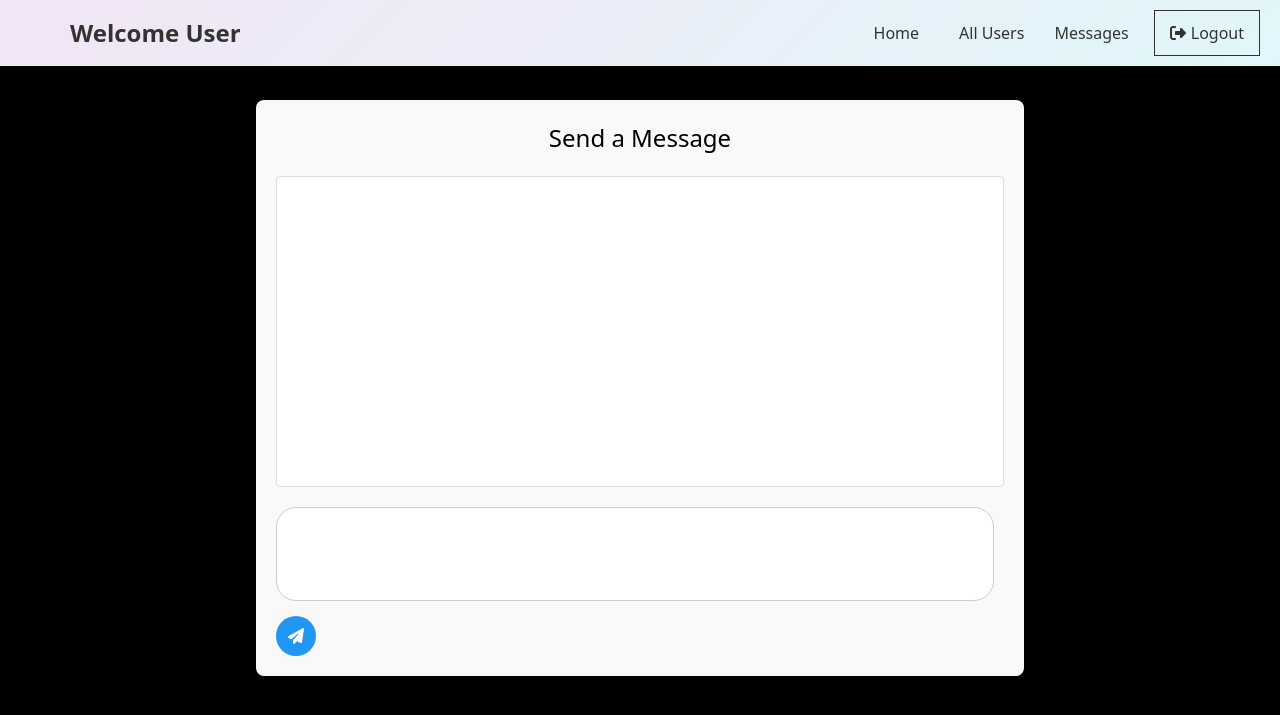
Repository: TechMukul/referral-tree-frontend
Page: /Message
The author's editor kept a copy of each file at every save. The page is drawn from the files as they stood at one save, then again after the next save.
The browser window is 1280 px wide. The pictures show the whole page.
The page's requests for data from a server got no answer. The project was rebuilt for these pictures with package versions that can differ from the ones it lists, and the page was loaded fresh each time. The framework's server and built-in components were replaced by stand-ins that run in the browser. No one was signed in, and anything a server would have sent is missing. Also part of the build but not shown: next.config.mjs.

Above is the page before, as saved 2024-07-20 18:30:49.

### pages/_app.tsx
// pages/_app.tsx
import { AppProps } from 'next/app';
import '../styles/globals.css';

function MyApp({ Component, pageProps }: AppProps) {
  return <Component {...pageProps} />;
}

export default MyApp;

### pages/Message/index.tsx
import React, { useState, useEffect, useRef } from 'react';
import axios from 'axios';
import io from 'socket.io-client';
import { FontAwesomeIcon } from '@fortawesome/react-fontawesome';
import { faPaperPlane } from '@fortawesome/free-solid-svg-icons';
import styles from './index.module.scss'; // Import SCSS module styles
import Navbar from '../../Components/Navbar/index';

// Initialize the socket
// const socket = io('https://www.referback.trollsufficient.com');

const Message = () => {
  const [content, setContent] = useState<any>('');
  const [messages, setMessages] = useState<any>([]);
  const [userName, setUserName] = useState<any>('');
  const messageEndRef = useRef<any>(null);

  useEffect(() => {
    // Fetch the user's name from local storage
    const storedUserName = localStorage.getItem('userName');
    if (storedUserName) {
      setUserName(storedUserName);
    }

    // Fetch initial messages
    const fetchMessages = async () => {
      try {
        const response = await axios.get('https://www.referback.trollsufficient.com/messages/121');
        setMessages(response.data);
      } catch (error) {
        console.error('Error fetching messages:', error);
      }
    };

    fetchMessages();

    // Listen for incoming messages
    // socket.on('message', (newMessage:any) => {
    //   setMessages((prevMessage:any) => [...prevMessage, newMessage]);
    // });

    // Cleanup on unmount
    return () => {
      // socket.off('message');
    };
  }, []);

  useEffect(() => {
    // Scroll to bottom whenever messages change
    scrollToBottom();
  }, [messages]);

  useEffect(() => {
    // Setup interval to fetch messages every second
    const interval = setInterval(() => {
      fetchMessages();
    }, 600);

    // Clear interval on component unmount
    return () => clearInterval(interval);
  }, []);

  const fetchMessages = async () => {
    try {
      const response = await axios.get('https://www.referback.trollsufficient.com/messages/121');
      setMessages(response.data);
    } catch (error) {
      console.error('Error fetching messages:', error);
    }
  };

  const handleSubmit = async (e:any) => {
    e.preventDefault();
    if (!content) return;

    try {
      const response = await axios.post('https://www.referback.trollsufficient.com/messages', {
        group_id: '121',
        sender: userName,
        content: content
      });

      // Emit the new message to all connected clients
      // socket.emit('message', response.data);

      setMessages((prevMessages:any) => [...prevMessages, response.data]);
      setContent('');
    } catch (error) {
      console.error('Error sending message:', error);
    }
  };

  const handleKeyPress = (e:any) => {
    if (e.key === 'Enter' && !e.shiftKey) {
      handleSubmit(e);
    }
  };

  const scrollToBottom = () => {
    messageEndRef.current?.scrollIntoView({ behavior: 'smooth' });
  };

  return (
    <>
      <Navbar />
      <div className={styles['message-form']}>
        <h2>Send a Message</h2>

        <div className={styles['message-container']}>
          {messages.map((message:any, index:any) => (
            <div
              key={index}
              className={`${styles['message']} ${message.sender === userName ? styles['sent'] : styles['received']}`}
            >
              <strong>{message.sender}:</strong> {message.content}
            </div>
          ))}
          <div ref={messageEndRef} />
        </div>
        <form onSubmit={handleSubmit}>
          <div className={styles['form-group']}>
            <label htmlFor="content">Message:</label>
            <textarea
              id="content"
              value={content}
              onChange={(e) => setContent(e.target.value)}
              rows={3}
              required
              onKeyPress={handleKeyPress}
            />
          </div>
          <button type="submit" className={styles['send-button']}>
            <FontAwesomeIcon icon={faPaperPlane} />
          </button>
        </form>
      </div>
    </>
  );
};

export default Message;

### styles/globals.css
@tailwind base;
@tailwind components;
@tailwind utilities;

body {
  @apply bg-black;
}

### pages/Message/index.module.scss
.message-form {
  max-width: 60%;
  margin: auto;
  padding: 20px;
  background-color: #f9f9f9;
  border-radius: 8px;
  box-shadow: 0 0 10px rgba(0, 0, 0, 0.1);
  margin-top: 100px;
  display: flex;
  flex-direction: column;
  height: 80vh;

  h2 {
    font-size: 24px;
    margin-bottom: 20px;
    text-align: center;
  }

  .message-container {
    flex: 1;
    overflow-y: auto;
    margin-bottom: 20px;
    padding: 10px;
    background-color: #fff;
    border: 1px solid #ddd;
    border-radius: 4px;
    display: flex;
    flex-direction: column;

    .message {
      padding: 10px;
      margin-bottom: 10px;
      border-radius: 20px;
      position: relative;
      max-width: 60%;
      word-wrap: break-word;

      &.sent {
        background-color: #dcf8c6;
        align-self: flex-end;
        margin-right: 10px;
      }

      &.received {
        background-color: #fff;
        border: 1px solid #ddd;
        align-self: flex-start;
        margin-left: 10px;
      }

      strong {
        display: block;
        margin-bottom: 5px;
        font-weight: bold;
      }
    }
  }

  .form-group {
    margin-bottom: 15px;
    display: flex;
    align-items: center;
    width: 100%;

    label {
      font-weight: bold;
      display: none; // Hide labels for cleaner look
    }

    input,
    textarea {
      width: 100%;
      padding: 10px;
      font-size: 16px;
      border: 1px solid #ccc;
      border-radius: 20px;
      transition: border-color 0.3s ease;
      margin-right: 10px;
      flex: 1;

      &:focus {
        outline: none;
        border-color: #2196f3;
      }
    }

    textarea {
      resize: none; // Prevent resizing
    }
  }

  .send-button {
    display: flex;
    align-items: center;
    justify-content: center;
    padding: 12px;
    background-color: #2196f3;
    color: white;
    font-size: 16px;
    border: none;
    border-radius: 50%;
    cursor: pointer;
    transition: background-color 0.3s ease;
    width: 40px;
    height: 40px;
    flex-shrink: 0;

    &:hover {
      background-color: #0d8aec;
    }

    svg {
      margin-left: 0;
    }
  }
}

/* Responsive Design */
@media (max-width: 768px) {
  .message-form {
    max-width: 95%;
    margin-top: 30px;
    padding: 15px;
    height: auto;
  }

  .message-container {
    margin-bottom: 15px;
    padding: 8px;
  }

  .message {
    max-width: 75%;
  }

  .form-group {
    flex-direction: column;
    margin-bottom: 10px;

    input,
    textarea {
      margin-right: 0;
      margin-bottom: 10px;
    }
  }

  .send-button {
    width: 36px;
    height: 36px;
    font-size: 14px;
  }
}

@media (max-width: 480px) {
  .message-form {
    max-width: 100%;
    margin-top: 20px;
    padding: 10px;
    position: absolute;
    top: 29%;
    /* left: 7px; */
    width: 100%;
    height: 55vh;

  }

  .message-container {
    margin-bottom: 10px;
    padding: 5px;
  }

  .message {
    max-width: 90%;
  }

  .form-group {
    margin-bottom: 5px;
    align-items: center;
    position: absolute;
    display: flex;
    top: 103%;
    left: 16px;
    justify-content: center;
    width: 90%;

    input,
    textarea {
      padding: 8px;
      font-size: 14px;
    }
  }

  .send-button {
    width: 32px;
    height: 32px;
    font-size: 12px;
    position: absolute;
    right: 0px;
    top: 107%;
  }
}

### Components/Navbar/index.tsx
import React, { useEffect, useState } from 'react';
import { FontAwesomeIcon } from '@fortawesome/react-fontawesome';
import { faSignOutAlt } from '@fortawesome/free-solid-svg-icons';
import { Button } from 'react-bootstrap';
import { useRouter } from 'next/router';
import Link from 'next/link';
import style from './index.module.scss'; // Adjust the module path accordingly

const Navbar = () => {
  const [NavComponent, setNavComponent] = useState<any>(null);
  const [userName, setUserName] = useState<string>('');
  const [userCoins, setUserCoins] = useState<string>('');
  const router = useRouter();

  useEffect(() => {
    const loadNavComponent = async () => {
      const { Nav } = await import('react-bootstrap');
      setNavComponent(Nav);
    };

    loadNavComponent();

    // Fetch user's name and coins from query parameters or local storage
    if (typeof window !== 'undefined') { // Check if window is defined (client-side)
      const { name } = router.query;
      if (name && typeof name === 'string') {
        setUserName(name);
        localStorage.setItem('userName', name); // Store the user's name in local storage
      } else {
        const storedName = localStorage.getItem('userName');
        if (storedName) {
          setUserName(storedName);
        }
      }

      const storedCoins = localStorage.getItem('userCoins');
      if (storedCoins) {
        setUserCoins(storedCoins);
      }
    }
  }, [router.query]);

  const handleLogout = () => {
    localStorage.removeItem('accessToken');
    localStorage.removeItem('userName'); // Remove the user's name from local storage
    localStorage.removeItem('userCoins'); // Remove the user's coins from local storage
    router.push('/');
  };

  return (
    <>
      <div className={style.navbar}>
        <div className={style.username}>{userName ? `Hi ${userName}` : 'Welcome User'}</div>
        {userCoins && <div className={style.coins}>{`Coins: ${userCoins}`}</div>}
        <div className={style.navlinksContainer}>
          <Link href="/home" className={style.navlinks}>
            Home
          </Link>
          {NavComponent && (
            <NavComponent.Item>
              <NavComponent.Link eventKey="disabled" className={style.navlinks}>
                <Link href="/Tree">All Users</Link>
              </NavComponent.Link>
              <NavComponent.Link eventKey="disabled" className={style.navlinks}>
                <Link href="/Message">Messages</Link>
              </NavComponent.Link>
            </NavComponent.Item>
          )}
          <Button variant="outline-light" onClick={handleLogout} className={style.navButton}>
            <FontAwesomeIcon icon={faSignOutAlt} className={style.navIcon} />
            Logout
          </Button>
        </div>
      </div>
    </>
  );
};

export default Navbar;

### Components/Navbar/index.module.scss
.navbar {
  position: fixed;
  top: 0;
  width: 100%;
  display: flex;
  justify-content: space-between;
  align-items: center;
  background: linear-gradient(135deg, #f3e5f5, #e0f7fa); /* Light gradient background */
  color: #333; /* Darker text color for contrast */
  padding: 10px 20px;
  box-shadow: 0 2px 4px rgba(0, 0, 0, 0.1);
  z-index: 1000;
}

.username {
  font-size: 24px;
  font-weight: bold;
  position: relative;
  left: 50px;
}

.navlinksContainer {
  display: flex;
  gap: 10px;
  align-items: center;
}

.navlinks {
  padding: 10px 15px;
  text-decoration: none;
  color: #333; /* Darker text color for contrast */
  transition: background-color 0.3s ease, color 0.3s ease;
  border-radius: 5px;

  &:hover {
    background-color: #ccc; /* Slightly darker hover background */
    color: #333; /* Maintain darker text color */
  }

  &.active {
    background-color: #bbb;
    color: #fff;
  }
}

.coinsContainer {
  display: flex;
  flex-direction: column;
  align-items: center;
}

.shopNumber {
  font-size: 18px;
  font-weight: bold;
  color: #333; /* Darker text color for contrast */
  position: absolute;
  right: 140px;
}

.coinIcon {
  font-size: 24px;
  color: gold;
}

.navButton {
  display: flex;
  align-items: center;
  justify-content: center;
  padding: 10px 15px;
  background-color: transparent;
  border: 1px solid #333; /* Darker border color for contrast */
  color: #333; /* Darker text color for contrast */
  cursor: pointer;

  &:hover {
    background-color: #ccc; /* Slightly darker hover background */
    color: #333; /* Maintain darker text color */
  }

  .navIcon {
    margin-right: 5px;
  }
}

@media (max-width: 768px) {
  .navbar {
    flex-direction: column;
    align-items: center;

    .navlinksContainer {
      flex-direction: column;
      gap: 10px;
      margin-top: 10px;
    }
  }

  .username {
    font-size: 24px;
  }
}

.image {
  height: 40px;
  width: 50px;
  background-color: #e0f7fa; /* Match with gradient */
  margin: 0px 40px;
  margin-top: 10px;
}

After the next save:
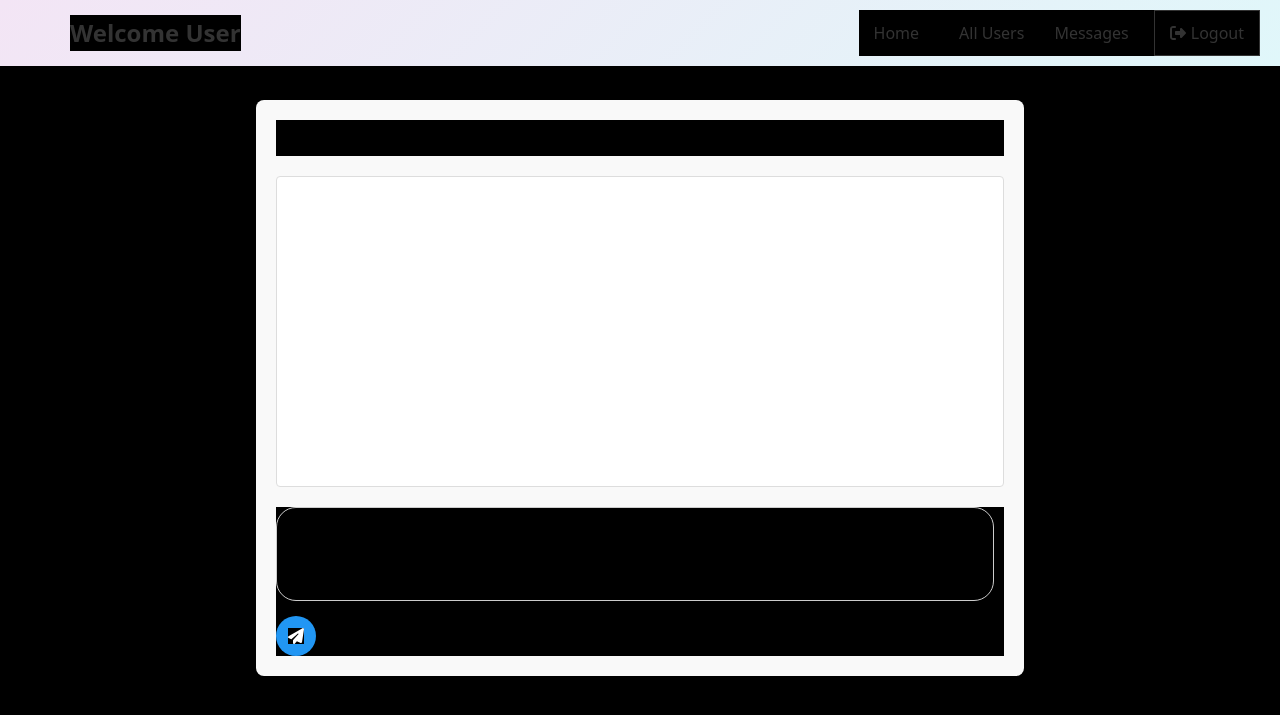
Saved 12 s later.
--- a/styles/globals.css
+++ b/styles/globals.css
@@ -2,6 +2,6 @@
 @tailwind components;
 @tailwind utilities;
 
-body {
+* {
   @apply bg-black;
 }

After the save that followed:
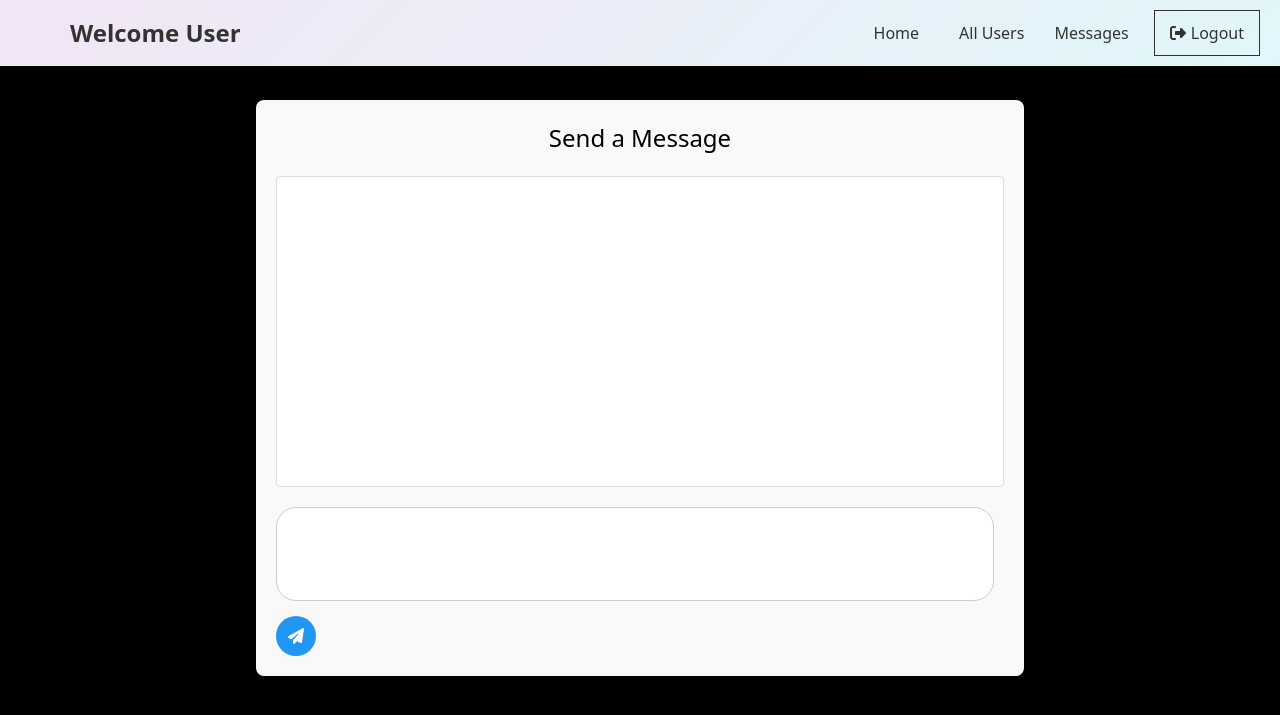
Saved 5 s later.
--- a/styles/globals.css
+++ b/styles/globals.css
@@ -2,6 +2,6 @@
 @tailwind components;
 @tailwind utilities;
 
-* {
+body {
   @apply bg-black;
 }
